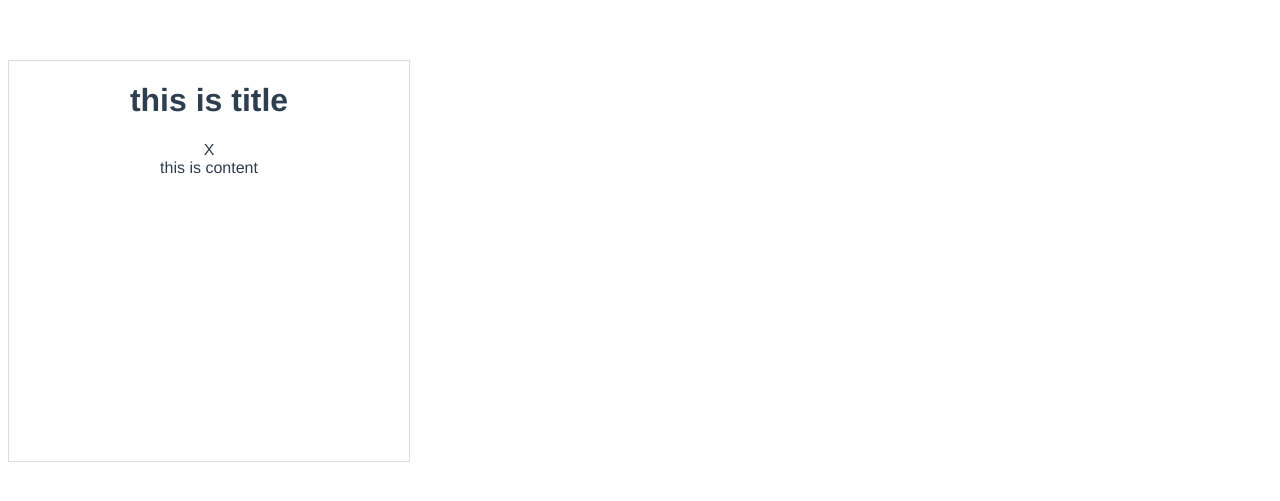
Repository: iulucky6/yf_messageBox
Page: /#/
The author's editor kept a copy of each file at every save. The page is drawn from the files as they stood at one save, then again after the next save.
The browser window is 1280 px wide. The pictures show the whole page.
The project was rebuilt for these pictures with package versions that can differ from the ones it lists, and the page was loaded fresh each time. Also part of the build but not shown: src/components/HelloWorld.vue.

Above is the page before, as saved 2023-09-14 10:39:58.

### index.html
<!DOCTYPE html>
<html>
  <head>
    <meta charset="utf-8">
    <meta name="viewport" content="width=device-width,initial-scale=1.0">
    <title>v</title>
  </head>
  <body>
    <div id="app"></div>
    <!-- built files will be auto injected -->
  </body>
</html>

### src/main.js
// The Vue build version to load with the `import` command
// (runtime-only or standalone) has been set in webpack.base.conf with an alias.
import Vue from 'vue'
import App from './App'
// 引入配置文件
import router from './router'

Vue.config.productionTip = false

/* eslint-disable no-new */
new Vue({
  el: '#app',
  //注入
  router,
  components: { App },
  template: '<App/>'
})

### src/App.vue
<template>
  <div id="app">
    <!-- 决定路由组件配置，匹配到的组件会在这里渲染 -->
    <!-- <router-view/> -->
    <MessageBox></MessageBox>
  </div>
</template>

<script>
import { MessageBox } from "./components";
console.log(MessageBox,"MessageBox");

export default {
  name: "App",
  components:{
    MessageBox
  }
};
</script>

<style>
#app {
  font-family: "Avenir", Helvetica, Arial, sans-serif;
  -webkit-font-smoothing: antialiased;
  -moz-osx-font-smoothing: grayscale;
  text-align: center;
  color: #2c3e50;
  margin-top: 60px;
}
</style>

### src/router/index.js
// 1、引入路由
import Vue from 'vue'
import Router from 'vue-router'

// 2、启用路由
Vue.use(Router)

// 3、创建并导出路由
export default new Router({
  mode:'hash',
  routes: [
    {
      path: '/',
      name: 'HelloWorld',
      component: () => import("@/components/HelloWorld.vue")
    },
    {
      path:'/about',
      name:'About',
      component:()=>import("@/components/About.vue")
    }
  ]
})

### src/components/index.js
import MessageBox from "./MessageBox";

export {
    MessageBox
}

### src/components/MessageBox/index.js
import MessageBox from './index.vue'

export default MessageBox;

### src/components/MessageBox/index.vue
<template>
  <div :class="['boxStyle',type]">
    <div class="inner">
      <header class="header">
         <h1 class="title">{{title}}</h1>
         <span>X</span>
      </header>

      <div class="content">{{content}}</div>

    </div>
  </div>
</template>

<script>
export default {
  name: "MessageBox",
  props:{
    title:{
      type:String,
      default:'this is title'
    },
    content:{
      type:String,
      default:'this is content'
    },
    type:{
      type:String,
      default:'primary',
      //vue语法，校验传入参数合法性，返回true/false，返回false则警告
      validator (value){
        [
          'primary',
          'success',
          'warn',
          'danger'
        ].includes(value);
      }
    }
  }
};
</script>

<style>
.boxStyle {
  border: 1px solid gainsboro;
  width: 400px;
  height: 400px;
}
</style>

After the next save:
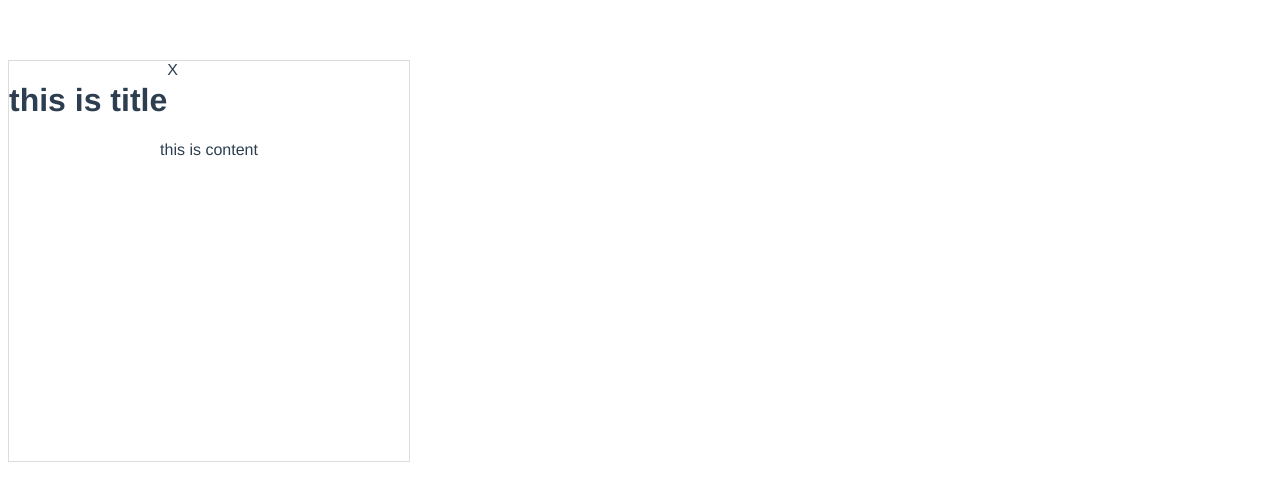
Saved 6 min 50 s later.
--- a/src/components/MessageBox/index.vue
+++ b/src/components/MessageBox/index.vue
@@ -47,4 +47,8 @@ export default {
   width: 400px;
   height: 400px;
 }
+.header{
+  display: flex;
+
+}
 </style>
